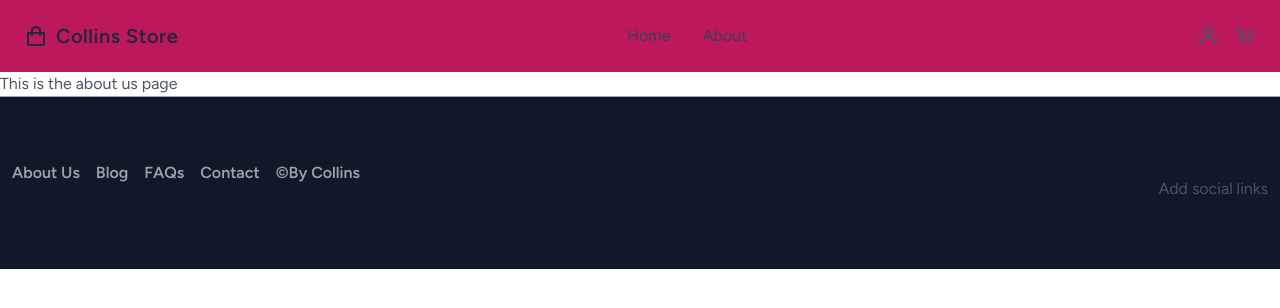
Repository: Collins145/e-commerce-website
Page: http://localhost/about
The author's editor kept a copy of each file at every save. The page is drawn from the files as they stood at one save, then again after the next save.
The browser window is 1280 px wide. The pictures show the whole page.
The page is served by the project's Laravel application, run on PHP 8.4 with Laravel 10. Other server files are loaded and not shown. Style sheets and scripts are compiled from the project's sources, by tool versions that may differ from the author's.

Above is the page before, as saved 2023-06-17 20:04:56.

### routes/web.php
<?php

use App\Http\Controllers\ProfileController;
use Illuminate\Support\Facades\Route;
use App\Http\Controllers\SiteController;

/*
|--------------------------------------------------------------------------
| Web Routes
|--------------------------------------------------------------------------
|
| Here is where you can register web routes for your application. These
| routes are loaded by the RouteServiceProvider and all of them will
| be assigned to the "web" middleware group. Make something great!
|
*/

Route::get('/', [SiteController::class, 'index'])->name('home');
Route::get('about', [SiteController::class, 'about'])->name('about');
Route::get('footer', [SiteController::class, 'footer'])->name('footer');

Route::get('/dashboard', function () {
    return view('dashboard');
})->middleware(['auth', 'verified'])->name('dashboard');

Route::middleware('auth')->group(function () {
    Route::get('/profile', [ProfileController::class, 'edit'])->name('profile.edit');
    Route::patch('/profile', [ProfileController::class, 'update'])->name('profile.update');
    Route::delete('/profile', [ProfileController::class, 'destroy'])->name('profile.destroy');
});

require __DIR__.'/auth.php';

### app/Http/Controllers/SiteController.php
<?php

namespace App\Http\Controllers;

use Illuminate\Http\Request;

class SiteController extends Controller
{
    public function index() {
        return view('site.home');
    }

    public function about() {
        return view('site.about');
    }
    public function footer() {
        return view('site.footer');
    }
}

### resources/views/site/about.blade.php
@extends('layouts.site')
@section('content')
This is the about us page
@endsection

### resources/views/layouts/site.blade.php
<!DOCTYPE html>
<html lang="{{ str_replace('_', '-', app()->getLocale()) }}">
    <head>
        <meta charset="utf-8">
        <meta name="viewport" content="width=device-width, initial-scale=1">
        <meta name="csrf-token" content="{{ csrf_token() }}">

        <title>{{ config('app.name', 'Laravel') }}</title>

        <!-- Fonts -->
        <link rel="preconnect" href="https://fonts.bunny.net">
        <link href="https://fonts.bunny.net/css?family=figtree:400,500,600&display=swap" rel="stylesheet" />

        <!-- Scripts -->
        @vite(['resources/css/app.css', 'resources/js/app.js'])
    </head>
    <body class="bg-white text-gray-600 font-sans leading-normal text-base tracking-normal">
        <x-site.header/>
        @yield('content')
        <x-site.footer/>
    </body>
</html>

### resources/views/components/site/header.blade.php
    <nav id="header" class="w-full z-30 top-0 py-1 bg-pink-700">
        <div class="w-full container mx-auto flex flex-wrap items-center justify-between mt-0 px-6 py-3">

            <label for="menu-toggle" class="cursor-pointer md:hidden block">
                <svg class="fill-current text-gray-900" xmlns="http://www.w3.org/2000/svg" width="20" height="20" viewBox="0 0 20 20">
                    <title>menu</title>
                    <path d="M0 3h20v2H0V3zm0 6h20v2H0V9zm0 6h20v2H0v-2z"></path>
                </svg>
            </label>
            <input class="hidden" type="checkbox" id="menu-toggle" />

            <div class="">
                <a class="flex items-center tracking-wide no-underline hover:no-underline font-bold text-gray-800 text-xl " href="{{route('home')}}">
                    <svg class="fill-current text-gray-800 mr-2" xmlns="http://www.w3.org/2000/svg" width="24" height="24" viewBox="0 0 24 24">
                        <path d="M5,22h14c1.103,0,2-0.897,2-2V9c0-0.553-0.447-1-1-1h-3V7c0-2.757-2.243-5-5-5S7,4.243,7,7v1H4C3.447,8,3,8.447,3,9v11 C3,21.103,3.897,22,5,22z M9,7c0-1.654,1.346-3,3-3s3,1.346,3,3v1H9V7z M5,10h2v2h2v-2h6v2h2v-2h2l0.002,10H5V10z" />
                    </svg>
                    Collins Store
                </a>
            </div>

            <div class="hidden md:flex md:items-center md:w-auto w-full order-3 md:order-1" id="menu">
                <nav>
                    <ul class="md:flex items-center justify-between text-base text-gray-700 pt-4 md:pt-0">
                        <li><a class="inline-block no-underline hover:text-black hover:underline py-2 px-4" href="{{route('home')}}">Home</a></li>
                        <li><a class="inline-block no-underline hover:text-black hover:underline py-2 px-4" href="{{route('about')}}">About</a></li>
                    </ul>
                </nav>
            </div>

            <div class="order-2 md:order-3 flex items-center" id="nav-content">

                <a class="inline-block no-underline hover:text-black" href="#">
                    <svg class="fill-current hover:text-black" xmlns="http://www.w3.org/2000/svg" width="24" height="24" viewBox="0 0 24 24">
                        <circle fill="none" cx="12" cy="7" r="3" />
                        <path d="M12 2C9.243 2 7 4.243 7 7s2.243 5 5 5 5-2.243 5-5S14.757 2 12 2zM12 10c-1.654 0-3-1.346-3-3s1.346-3 3-3 3 1.346 3 3S13.654 10 12 10zM21 21v-1c0-3.859-3.141-7-7-7h-4c-3.86 0-7 3.141-7 7v1h2v-1c0-2.757 2.243-5 5-5h4c2.757 0 5 2.243 5 5v1H21z" />
                    </svg>
                </a>

                <a class="pl-3 inline-block no-underline hover:text-black" href="#">
                    <svg class="fill-current hover:text-black" xmlns="http://www.w3.org/2000/svg" width="24" height="24" viewBox="0 0 24 24">
                        <path d="M21,7H7.462L5.91,3.586C5.748,3.229,5.392,3,5,3H2v2h2.356L9.09,15.414C9.252,15.771,9.608,16,10,16h8 c0.4,0,0.762-0.238,0.919-0.606l3-7c0.133-0.309,0.101-0.663-0.084-0.944C21.649,7.169,21.336,7,21,7z M17.341,14h-6.697L8.371,9 h11.112L17.341,14z" />
                        <circle cx="10.5" cy="18.5" r="1.5" />
                        <circle cx="17.5" cy="18.5" r="1.5" />
                    </svg>
                </a>

            </div>
        </div>
    </nav>

### resources/views/components/site/footer.blade.php
    <footer class="max-w-8xl mx-auto bg-gray-900 py-8 border-t border-gray-400">
        <div class="flex px-3 py-8 ">
            <div class="w-full mx-auto flex flex-wrap">
                <div class="flex w-full lg:w-1/2 ">
                    <div class="flex gap-4 px-3 md:px-0">
                        <h3 class="font-bold text-gray-400">About Us</h3>
                        <h3 class="font-bold text-gray-400">Blog</h3>
                        <h3 class="font-bold text-gray-400">FAQs</h3>
                        <h3 class="font-bold text-gray-400">Contact</h3>
                        <h3 class="font-bold text-gray-400"><span>&copy<span>By Collins</h3>
                    </div>
                </div>
                <div class="flex w-full lg:w-1/2 lg:justify-end lg:text-right">
                    <div class="px-3 md:px-0">
                        <ul class="list-reset items-center pt-3">
                            <li>
                                <a class="inline-block no-underline hover:text-black hover:underline py-1" href="#">Add social links</a>
                            </li>
                        </ul>
                    </div>
                </div>
            </div>
        </div>
    </footer>

Loaded but not shown: routes/auth.php (common file); app/Http/Controllers/Auth/EmailVerificationPromptController.php (common file); app/Http/Controllers/Controller.php (common file); app/Http/Controllers/Auth/VerifyEmailController.php (common file); resources/css/app.css (common file); tailwind.config.js (common file); resources/js/app.js (common file); resources/js/bootstrap.js (common file)

After the next save:
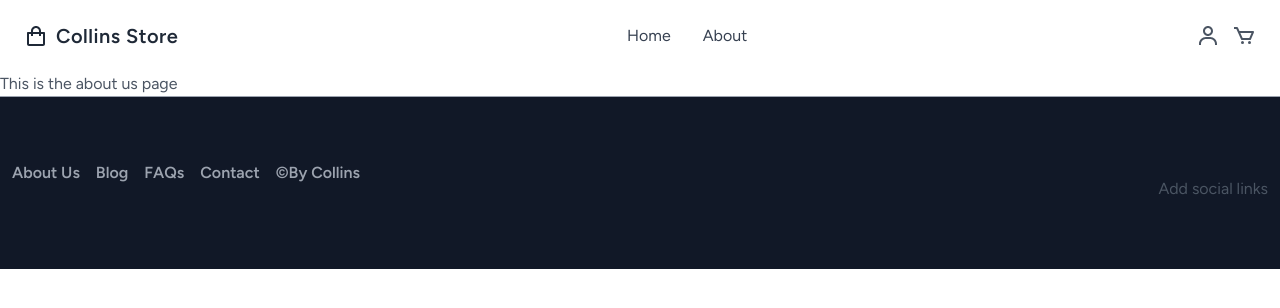
Saved 48 s later.
--- a/resources/views/components/site/header.blade.php
+++ b/resources/views/components/site/header.blade.php
@@ -1,4 +1,4 @@
-    <nav id="header" class="w-full z-30 top-0 py-1 bg-pink-700">
+    <nav id="header" class="w-full z-30 top-0 py-1">
         <div class="w-full container mx-auto flex flex-wrap items-center justify-between mt-0 px-6 py-3">
 
             <label for="menu-toggle" class="cursor-pointer md:hidden block">
